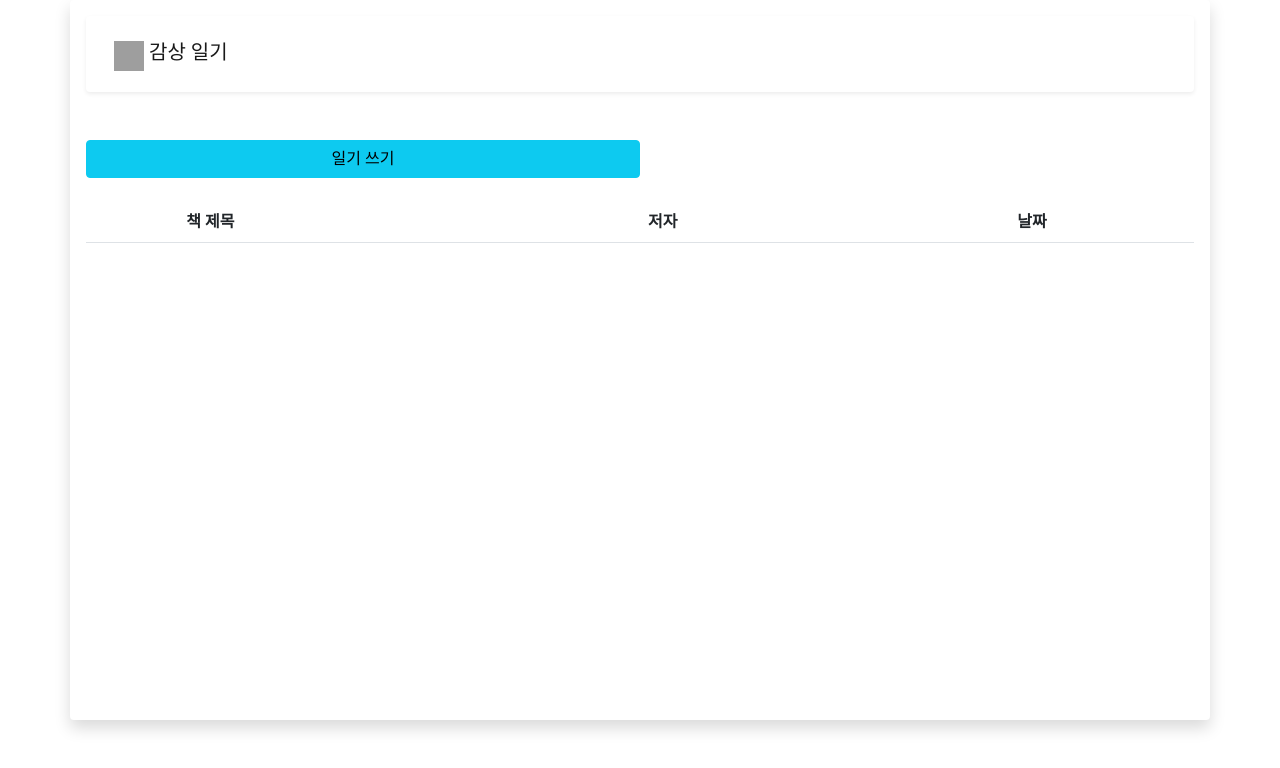
Repository: EunSung98/readMemo
Page: http://localhost/cultureMemoProject/memo/diary.jsp
These files come from the project's save history. The page is drawn as it stood at one moment and after the next save; the edit follows.
The browser window is 1280 px wide. The pictures show the whole page.
Pictures or frames that could not be fetched are drawn as grey boxes. Some web fonts or font styles are not loaded; a fallback is used. The page is served by Tomcat 9. Other server files are loaded and not shown. Queries for data that is not in the repository find no rows.

Above is the page before, as saved 2023-06-07 13:21:51.

### cultureMemoProject/src/main/webapp/memo/diary.jsp
<%@page import="books.bookDo"%>
<%@page import="java.util.ArrayList"%>
<%@ page language="java" contentType="text/html; charset=UTF-8"
    pageEncoding="UTF-8"%>
<!DOCTYPE html>
<html>
<head>
<meta charset="UTF-8">
<title>감상 일기</title>
</head>
<body>
<div class="container shadow p-3 mb-5 bg-body rounded vh-100">
	<jsp:include page="../header.jsp"/>
	<div class="d-grid mt-5 w-50">
	  <button class="btn btn-info pull-right h4" type="button" onclick="location.href='upload.jsp'">일기 쓰기</button>
	</div>

	<table class="table table-striped mt-3">
	  <thead>
	    <tr>
	      <th class="col-1" scope="col"></th>
	      <th class="col-5"  scope="col">책 제목</th>
	      <th class="col-4" scope="col">저자</th>
	      <th class="col-3"  scope="col">날짜</th>
	    </tr>
	  </thead>
	    <tbody>

	   <jsp:useBean id="bdao" class="books.bookDao" scope="application" />

	<%
		String id = (String) session.getAttribute("id");

		ArrayList<bookDo> b = bdao.getAll(id);

		for(int i=0; i<b.size(); i++){
			bookDo bdo = b.get(i);
	%>
		<tr style="cursor: pointer" onclick="location.href='page.jsp?book=<%= bdo.getBookName()%>'">
	      <th scope="row"><%= i+1 %></th>
	      <td><%= bdo.getBookName() %></td>
	      <td><%= bdo.getWriter() %></td>
	      <td><%= bdo.getDate() %></td>
	    </tr>
	<%
		}
	%>
	  </tbody>
	</table>
</div>
</body>
</html>

### cultureMemoProject/src/main/webapp/header.jsp
<%@ page language="java" contentType="text/html; charset=UTF-8"
    pageEncoding="UTF-8"%>
<!DOCTYPE html>
<html>
<head>
<meta charset="UTF-8">
<link href="https://cdn.jsdelivr.net/npm/bootstrap@5.1.3/dist/css/bootstrap.min.css" rel="stylesheet" integrity="sha384-1BmE4kWBq78iYhFldvKuhfTAU6auU8tT94WrHftjDbrCEXSU1oBoqyl2QvZ6jIW3" crossorigin="anonymous">
<script src="https://cdn.jsdelivr.net/npm/bootstrap@5.1.3/dist/js/bootstrap.bundle.min.js" integrity="sha384-ka7Sk0Gln4gmtz2MlQnikT1wXgYsOg+OMhuP+IlRH9sENBO0LRn5q+8nbTov4+1p" crossorigin="anonymous"></script>
<link rel="preconnect" href="https://fonts.googleapis.com">
<link rel="preconnect" href="https://fonts.gstatic.com" crossorigin>
<link href="https://fonts.googleapis.com/css2?family=Nanum+Myeongjo:wght@700&family=Poor+Story&family=Song+Myung&display=swap" rel="stylesheet"><style>
*{
	font-family: 'Nanum Myeongjo', serif;
	font-family: 'Poor Story', cursive;
	font-family: 'Song Myung', serif;
}
</style>
<title>감상 일기</title>
</head>
<body>
<nav class="bg-light navbar navbar-light shadow-sm p-3 mb-5 bg-body rounded w-100">
  <div class="container-fluid">
    <a class="navbar-brand align-middle" href="#">
      <img src="https://cdn-icons-png.flaticon.com/512/3238/3238016.png" alt="" width="30" height="30" class="d-inline-block align-text-top">
      감상 일기
    </a>
    <%
    	String userId =  (String) session.getAttribute("id");
    	if(userId != null){
    %>
    <form action="logout.jsp"  class="w-5 h5">
    	<%= userId %>님
    	<button class="btn btn-outline-secondary m-3" type="submit">로그아웃</button>
    </form>
    <%
    	}
    %>
  </div>
</nav>
</body>
</html>

### cultureMemoProject/src/main/java/books/bookDao.java
package books;

import java.sql.Connection;
import java.sql.Date;
import java.sql.DriverManager;
import java.sql.PreparedStatement;
import java.sql.ResultSet;
import java.sql.SQLException;
import java.time.LocalDate;
import java.util.ArrayList;

import javax.naming.Context;
import javax.naming.InitialContext;
import javax.sql.DataSource;

public class bookDao {
	// DB 연동에 필요한 JDBC 클래스 선언
	Connection conn = null;
	PreparedStatement pstmt = null;
	ResultSet rs = null;

	public void uploadBook(bookDo bdo,String userId) {
		System.out.println("uploadBook() 처리 시작");

		//DB 연결
		connect_cp();

		//SQL 처리 루틴
		String sql = "insert into books(bookName,writer,date,content,memberId)"
		+" values(?,?,?,?,?)";

		LocalDate nowTime = LocalDate.now();

		try {
			pstmt = conn.prepareStatement(sql);
			pstmt.setString(1,bdo.getBookName());
			pstmt.setString(2,bdo.getWriter());
			pstmt.setDate(3,Date.valueOf(nowTime));
			pstmt.setString(4,bdo.getContent());
			pstmt.setString(5,userId);

			//sql문 실행 : 테이블에 변화 있으면  update..
			pstmt.executeUpdate();

			System.out.println("uploadBook() 처리 완료");
		} catch (SQLException e) {
			e.printStackTrace();
		}

		//디비 연결 종료
		disConnect();
	}

	public bookDo goPage(String book,String userId) {
		System.out.println("goPage() 처리 시작");
		connect_cp();

		bookDo bdo = new bookDo();

		String sql = "select * from books where bookName=? and memberId=?";
		try {
			pstmt = conn.prepareStatement(sql);
			pstmt.setString(1, book);
			pstmt.setString(2, userId);
			rs = pstmt.executeQuery();
			while(rs.next()) {
				bdo.setBookName(rs.getString(1));
				bdo.setWriter(rs.getString(2));
				bdo.setDate(rs.getTimestamp(3));
				bdo.setContent(rs.getString(4));
				bdo.setMemberId(rs.getString(5));
				System.out.println("goPage() 처리 완료");
			}
		} catch (SQLException e) {
			// TODO Auto-generated catch block
			e.printStackTrace();
		}
		disConnect();

		return bdo;
	}

	public void modifyBook(bookDo bdo,String book,String userId) {
		System.out.println("modifyBook() 처리 시작");

		//DB 연결
		connect_cp();

		//SQL 처리 루틴
		String sql = "update books set bookName=?,writer=?,date=?,content=? "
				+ "where bookName=? and memberId=?";

		try {
			pstmt = conn.prepareStatement(sql);
			pstmt.setString(1,bdo.getBookName());
			pstmt.setString(2,bdo.getWriter());
			pstmt.setDate(3,Date.valueOf(java.time.LocalDate.now()));
			pstmt.setString(4,bdo.getContent());
			pstmt.setString(5, book);
			pstmt.setString(6, userId);

			pstmt.executeUpdate();

			System.out.println("modifyBook() 처리 완료");
		} catch (SQLException e) {
			e.printStackTrace();
		}

		disConnect();
	}

	public void deleteBook(String book,String userId) {
		System.out.println("deleteBook() 처리 시작");
		connect_cp();

		String sql = "delete from books where bookName=? and memberId=?";
		try {
			pstmt = conn.prepareStatement(sql);
			pstmt.setString(1,book);
			pstmt.setString(2, userId);
			pstmt.executeUpdate();
			System.out.println("deleteBook() 처리 완료");
		} catch (SQLException e) {
			e.printStackTrace();
		}

		disConnect();
	}

	public ArrayList<bookDo> getAll(String userId) {
		System.out.println(" getAll() 처리 시작");

		//DB 연결
		connect_cp();
		ArrayList<bookDo> bList = new ArrayList<bookDo>();

		//SQL 처리 루틴
		String sql = "select * from books where memberId=?";

		try {
			pstmt = conn.prepareStatement(sql);
			pstmt.setString(1, userId);
			rs = pstmt.executeQuery();

			while(rs.next()) {
				bookDo bdo = new bookDo();
				bdo.setBookName(rs.getString(1));
				bdo.setWriter(rs.getString(2));
				bdo.setDate(rs.getTimestamp(3));
				bdo.setContent(rs.getString(4));
				bdo.setMemberId(rs.getString(5));

				bList.add(bdo);
			}
			System.out.println("getAll() 처리 완료");
		} catch (SQLException e) {
			e.printStackTrace();
		}
		disConnect();

		return bList;
	}

	public void connect_cp() {
		try {
			//context 객체 생성
			Context initctx = new InitialContext();
			//context.xml 접근
			Context envctx = (Context) initctx.lookup("java:/comp/env");

			//'jdbc/pool' 이름의 커넥션 풀에 접근
			DataSource ds = (DataSource) envctx.lookup("jdbc/pool");
			//collection pool로부터 collection 하나 빌려오기
			conn = ds.getConnection();

			System.out.println("collection pool로부터 디비 연결 성공");
		} catch (Exception e) {
			// TODO Auto-generated catch block
			e.printStackTrace();
		}

	}

	public void disConnect() {
		if(conn != null) {
			try {
				conn.close();
			}catch(SQLException e) {
				e.printStackTrace();
			}
		}
		if(pstmt != null) {
			try {
				pstmt.close();
			}catch(SQLException e) {
				e.printStackTrace();
			}
		}
		if(rs != null) {
			try {
				rs.close();
			} catch (SQLException e) {
				e.printStackTrace();
			}
		}
	}
}

After the next save:
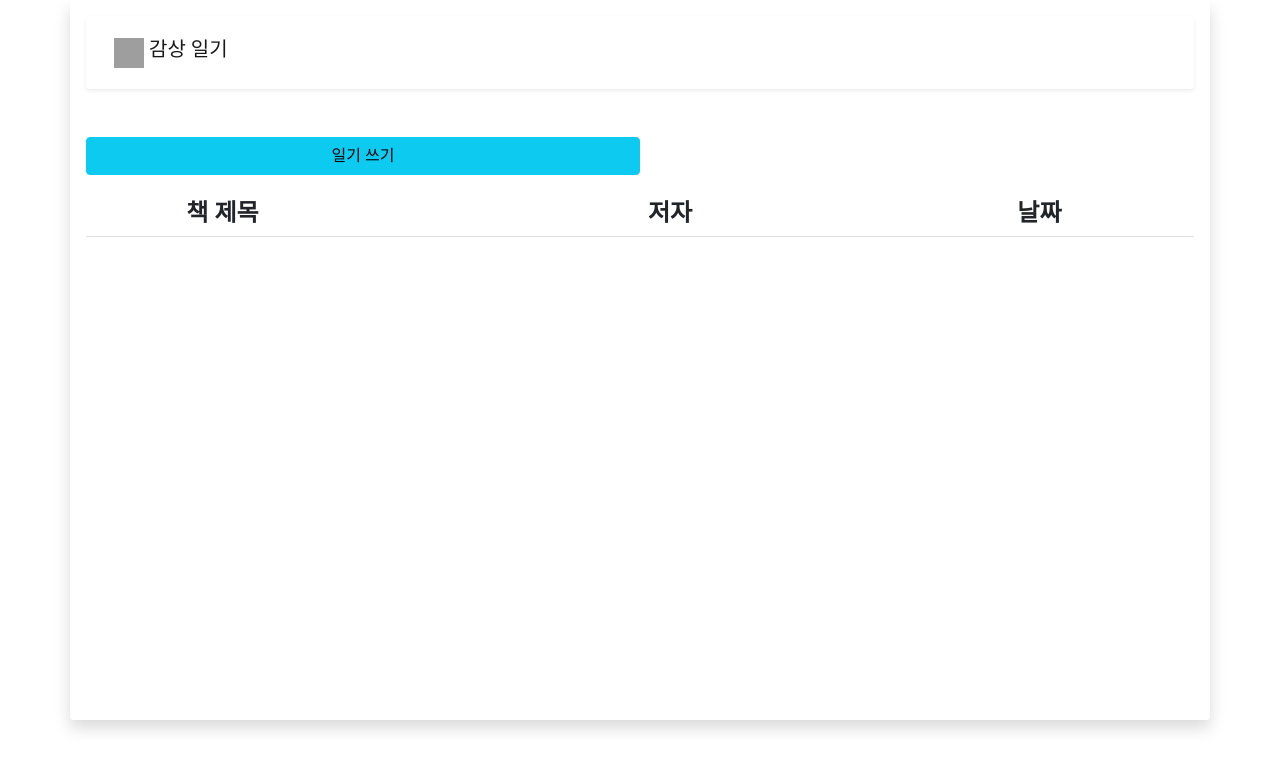
Saved 47 s later.
--- a/cultureMemoProject/src/main/webapp/memo/diary.jsp
+++ b/cultureMemoProject/src/main/webapp/memo/diary.jsp
@@ -9,10 +9,10 @@
 <title>감상 일기</title>
 </head>
 <body>
-<div class="container shadow p-3 mb-5 bg-body rounded vh-100">
+<div class="h4 container shadow p-3 mb-5 bg-body rounded vh-100">
 	<jsp:include page="../header.jsp"/>
 	<div class="d-grid mt-5 w-50">
-	  <button class="btn btn-info pull-right h4" type="button" onclick="location.href='upload.jsp'">일기 쓰기</button>
+	  <button class="btn btn-info pull-right" type="button" onclick="location.href='upload.jsp'">일기 쓰기</button>
 	</div>
 
 	<table class="table table-striped mt-3">
